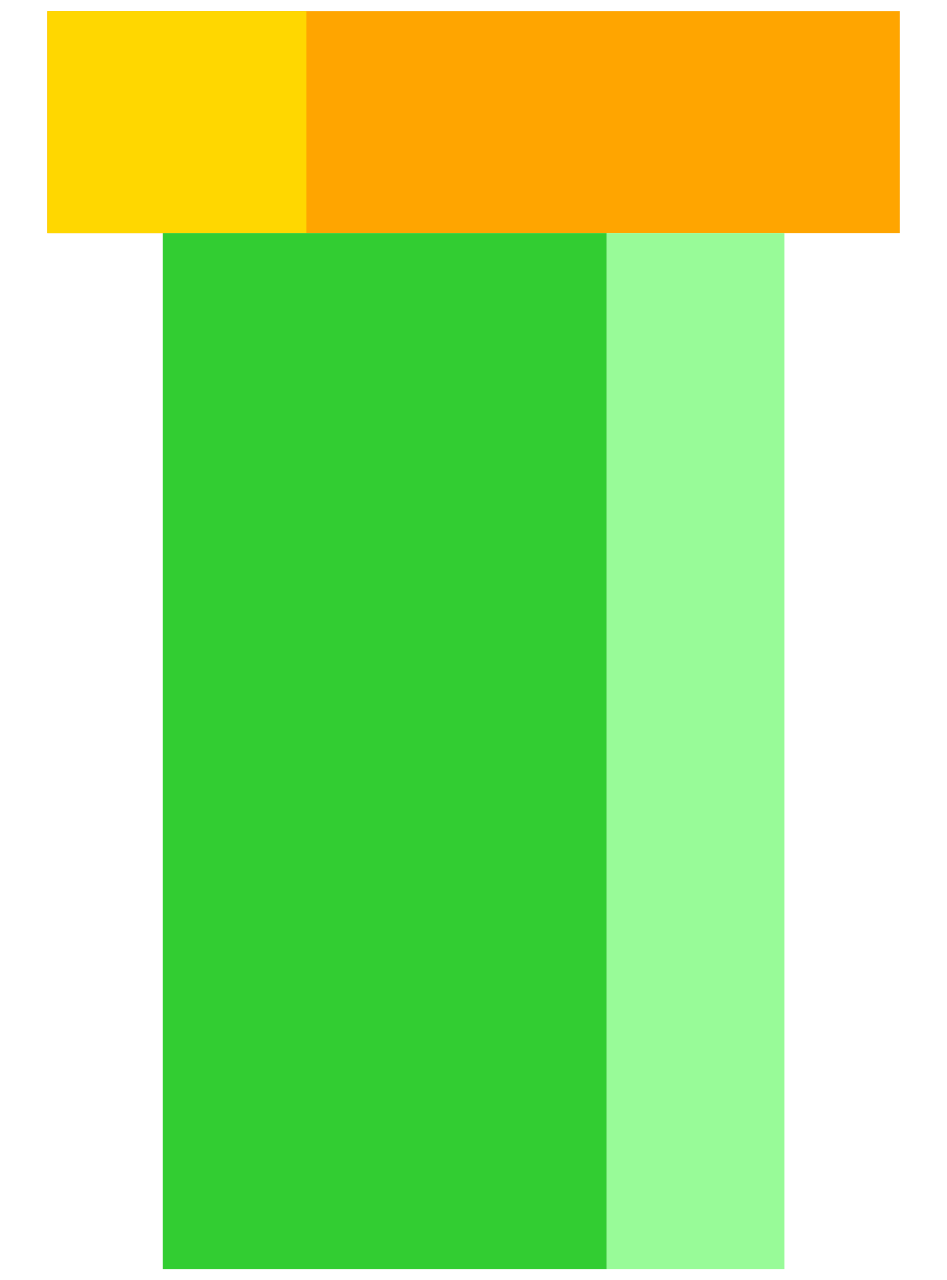
Repository: sutanuki/webcamp
Page: html,css/caravan/index.html
The author's editor kept a record of every edit. The page is drawn from the files as they stood at one moment, then again after the next edit.
The browser window is 1280 px wide. The pictures show the whole page, at 74% of full size.

Above is the page before.

### html,css/caravan/index.html
<!DOCTYPE html>
<html lang="ja">
  <head>
    <meta charset="UTF-8" />
    <link rel="stylesheet" href="style.css" />
    <title>CARAVAN</title>
  </head>
  <body>
    <header>
      <div class="header-top"></div>
      <div class="header-bottom"></div>
    </div>
    <div class="main-visual">
      <div class="main-visual-content"></div>
    </div>
    <div class="main">
      <div class="blog"></div>
      <div class="sidebar"></div>
    </div>
    <div class="footer"></div>
  </body>
</html>

### html,css/caravan/style.css
* {
  margin: 0;
  padding: 0;
  box-sizing: border-box;
}
header {
  width: 90%;
  margin: 0 auto;
  padding: 15px 0;
}
.main-visual {
  width: 100%;
  height: 300px;
  background-color: orange;
}
.main-visual-content {
  width: 350px;
  height: 300px;
  background-color: gold;
}
.main {
  width: 840px;
  display: flex;
  justify-content: center;
  margin: 0 auto;
}
.blog {
  width: 600px;
  height: 1400px;
  background-color: limegreen;
}
.sidebar {
  width: 240px;
  height: 1400px;
  background-color: palegreen;
}
footer {
  width: 100%;
  height: 120px;
  background-color: blue;
}

After the next edit:
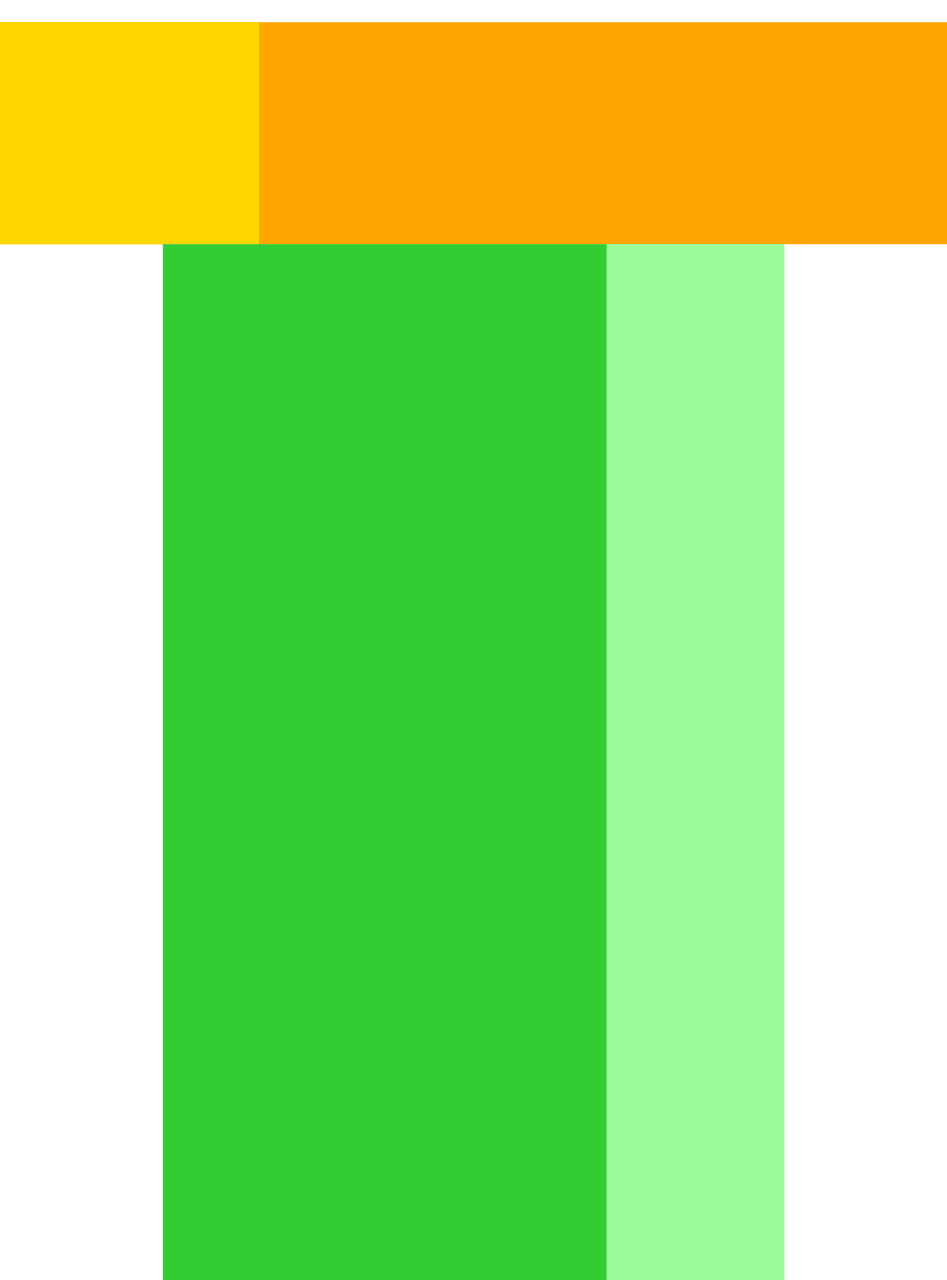
The edit:
--- a/html,css/caravan/index.html
+++ b/html,css/caravan/index.html
@@ -9,7 +9,7 @@
     <header>
       <div class="header-top"></div>
       <div class="header-bottom"></div>
-    </div>
+    </header>
     <div class="main-visual">
       <div class="main-visual-content"></div>
     </div>
